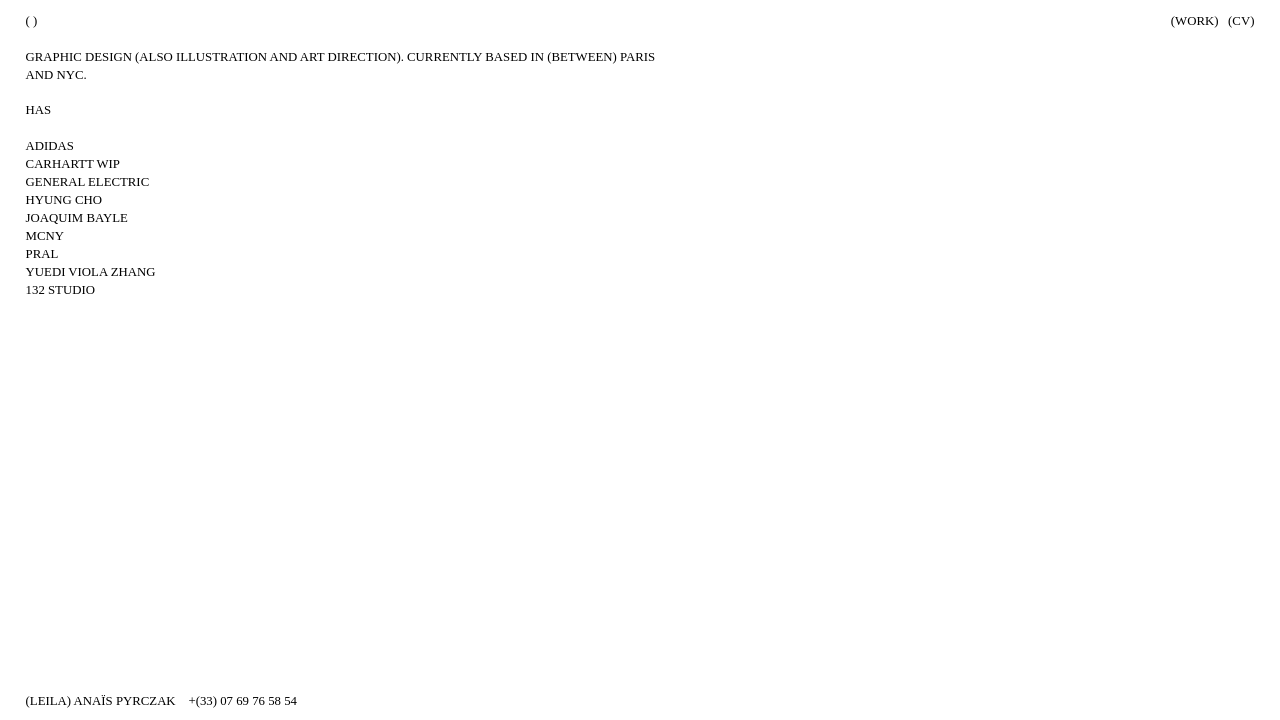
Repository: pyrcl090/site
Page: info.html
These files come from the project's save history. The page is drawn as it stood at one moment and after the next save; the edit follows.
The browser window is 1280 px wide. The pictures show the whole page.
Some web fonts or font styles are not loaded; a fallback is used.

Above is the page before, as saved 2024-03-20 22:41:27.
Console error: TypeError: Cannot read properties of null (reading 'addEventListener')

After the next save:
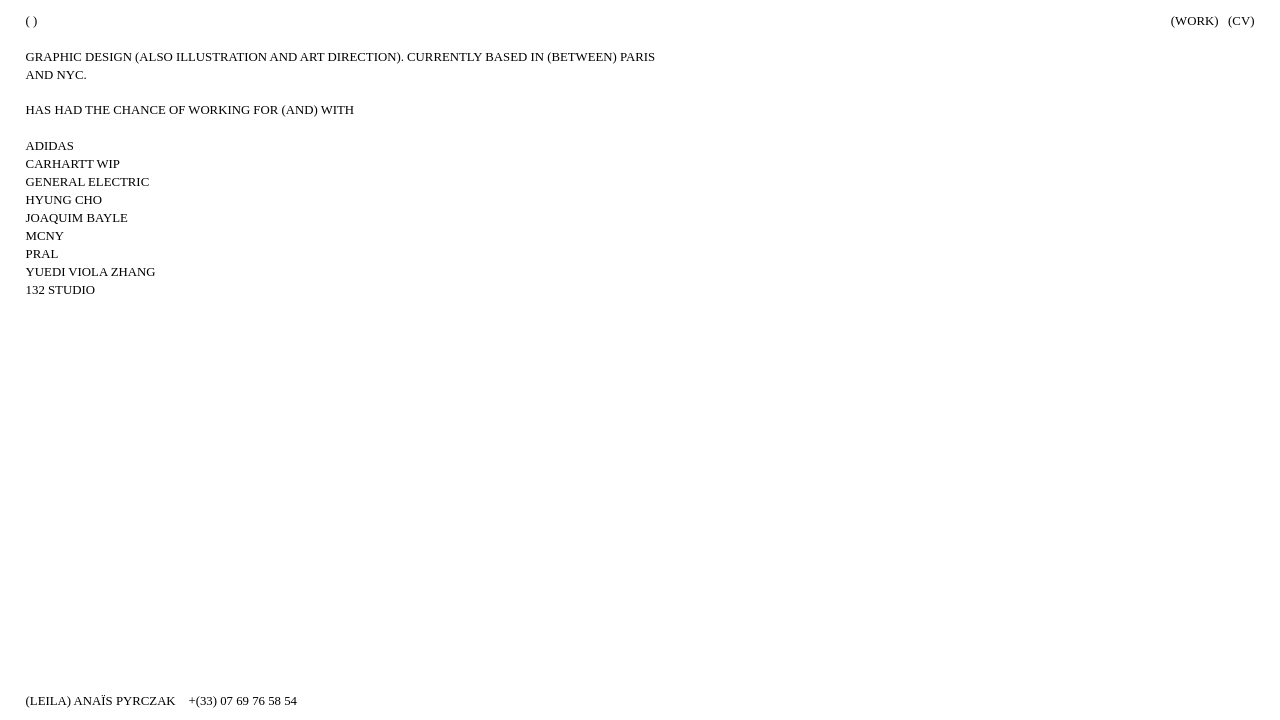
Saved 10 s later.
--- a/info.html
+++ b/info.html
@@ -21,7 +21,7 @@
     <a href="CV_Leila_Anais_Pyrczak.pdf">(<span >CV</span>)</a></p>
   <!-- top left nav -->
   <p class="nav3">(<span id="img_text"> </span>) &nbsp;&nbsp; <br><br><span id="mp4_text"> GRAPHIC DESIGN (ALSO ILLUSTRATION AND ART DIRECTION). CURRENTLY BASED IN (BETWEEN) PARIS AND NYC.
-    <br><br> HAS
+    <br><br> HAS HAD THE CHANCE OF WORKING FOR (AND) WITH
     <br><br>
     ADIDAS<br>
     CARHARTT WIP<br>
